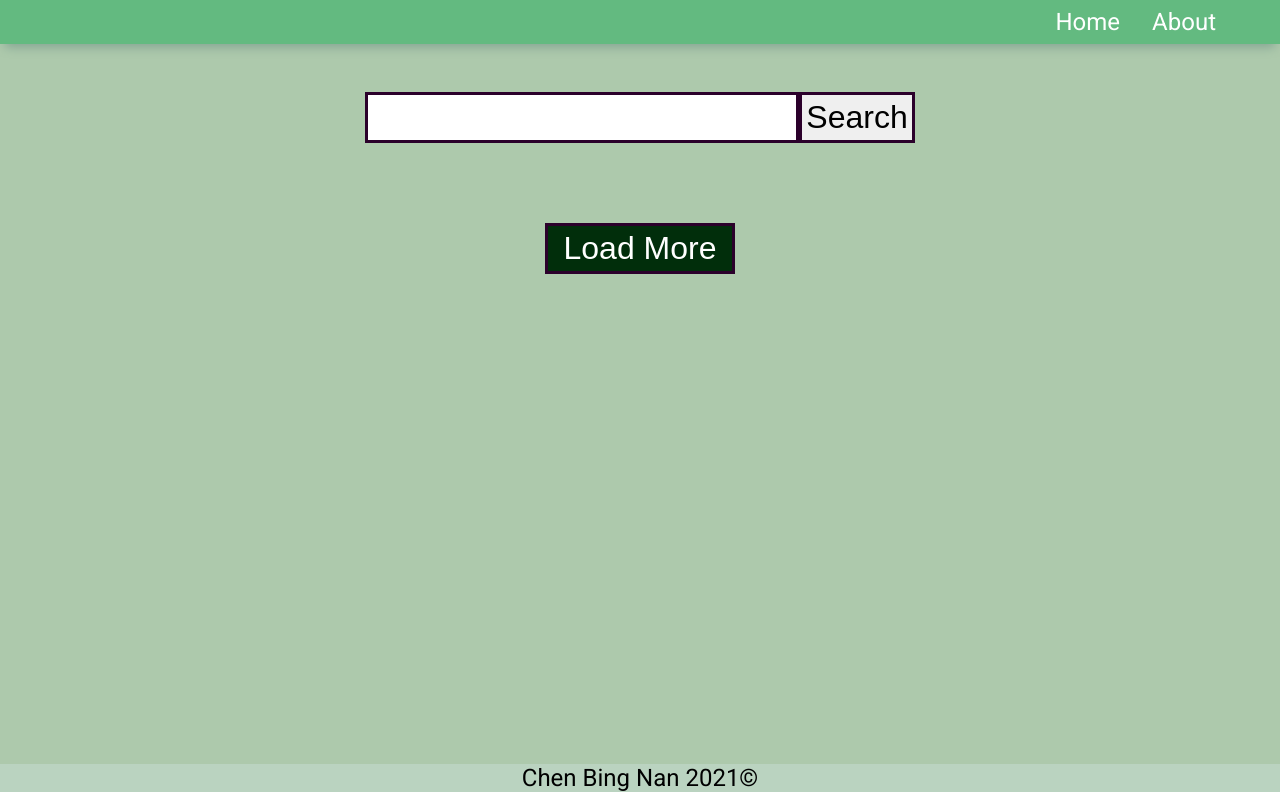
Repository: r1991108/pictureSearchProj
Page: /
The author's editor kept a copy of each file at every save. The page is drawn from the files as they stood at one save, then again after the next save.
The browser window is 1280 px wide. The pictures show the whole page.
The page's requests for data from a server got no answer. The project was rebuilt for these pictures with package versions that can differ from the ones it lists, and the page was loaded fresh each time. No one was signed in, and anything a server would have sent is missing. Also part of the build but not shown: src/components/Pictures.js, src/pages/About.js.

Above is the page before, as saved 2021-11-23 20:23:07.

### public/index.html
<!DOCTYPE html>
<html lang="en">

<head>
  <meta charset="utf-8" />
  <!-- <link rel="icon" href="%PUBLIC_URL%/favicon.ico" /> -->
  <meta name="viewport" content="width=device-width, initial-scale=1" />
  <link rel="preconnect" href="https://fonts.googleapis.com">
  <link rel="preconnect" href="https://fonts.gstatic.com" crossorigin>
  <link href="https://fonts.googleapis.com/css2?family=Roboto&display=swap" rel="stylesheet">
  <!-- <meta name="theme-color" content="#000000" /> -->
  <!-- <meta name="description" content="Web site created using create-react-app" /> -->
  <!-- <link rel="apple-touch-icon" href="%PUBLIC_URL%/logo192.png" /> -->
  <!--
      manifest.json provides metadata used when your web app is installed on a
      user's mobile device or desktop. See https://developers.google.com/web/fundamentals/web-app-manifest/
    -->
  <!-- <link rel="manifest" href="%PUBLIC_URL%/manifest.json" /> -->
  <!--
      Notice the use of %PUBLIC_URL% in the tags above.
      It will be replaced with the URL of the `public` folder during the build.
      Only files inside the `public` folder can be referenced from the HTML.

      Unlike "/favicon.ico" or "favicon.ico", "%PUBLIC_URL%/favicon.ico" will
      work correctly both with client-side routing and a non-root public URL.
      Learn how to configure a non-root public URL by running `npm run build`.
    -->
  <title>React App</title>
</head>

<body>
  <noscript>You need to enable JavaScript to run this app.</noscript>
  <div id="root"></div>
  <!--
      This HTML file is a template.
      If you open it directly in the browser, you will see an empty page.

      You can add webfonts, meta tags, or analytics to this file.
      The build step will place the bundled scripts into the <body> tag.

      To begin the development, run `npm start` or `yarn start`.
      To create a production bundle, use `npm run build` or `yarn build`.
    -->
</body>

</html>

### src/App.js
import React from "react";
import Nav from "./components/Nav";
import Footer from "./components/Footer";
import Homepage from "./pages/Homepage";
import About from "./pages/About";
import { Routes, Route } from "react-router";
import "./styles/style.css";

function App() {
  return (
    <div className="App">
      <Nav />
      <Routes>
        <Route path="/" element={<Homepage />} />
        <Route path="/about" element={<About />} />
      </Routes>

      <Footer />
    </div>
  );
}

export default App;

### src/components/Nav.js
import React from "react";
import { Link } from "react-router-dom";

const Nav = () => {
  return (
    <nav>
      <ul>
        <li>
          <Link to="/">Home</Link>
        </li>
        <li>
          {/* use Link to prevent page refreshing */}
          {/* <a href="/about">About</a> */}
          <Link to="/about">About</Link>
        </li>
      </ul>
    </nav>
  );
};

export default Nav;

### src/components/Footer.js
import React from "react";

const Footer = () => {
  return <div className="footer">Chen Bing Nan 2021©</div>;
};

export default Footer;

### src/pages/Homepage.js
import React, { useState, useEffect } from "react";
import Search from "../components/Search";
import Pictures from "../components/Pictures";

const Homepage = () => {
  const [input, setInput] = useState("");
  let [data, setData] = useState(null);
  let [page, setPage] = useState(1);
  let [currentSearch, setCurrentSearch] = useState("");
  const auth = "563492ad6f9170000100000182e90c4547de4c1a86e107ab2e3a4a91 ";
  const initialURL = "https://api.pexels.com/v1/curated?page=1&per_page=15";
  const searchURL = `https://api.pexels.com/v1/search?query=${currentSearch}&per_page=15&page=1`;

  // fetch data from pexels api
  const searchHandler = async (url) => {
    setPage(2);
    const dataFetch = await fetch(url, {
      method: "GET",
      headers: {
        Accept: "application/json",
        Authorization: auth,
      },
    });
    let parsedData = await dataFetch.json();
    setData(parsedData.photos);

    // console.log(data);
  };

  // load more picture
  const morepictureHandler = async () => {
    let newURL;
    if (input === "") {
      newURL = `https://api.pexels.com/v1/curated?page=${page}&per_page=15`;
    } else {
      newURL = `https://api.pexels.com/v1/search?query=${input}&per_page=15&page=${page}`;
    }
    setPage(page + 1);
    const dataFetch = await fetch(newURL, {
      method: "GET",
      headers: {
        Accept: "application/json",
        Authorization: auth,
      },
    });
    let parsedData = await dataFetch.json();
    setData(data.concat(parsedData.photos));
    // console.log(data);
  };

  // fetch data when the page loads up
  useEffect(() => {
    searchHandler(initialURL);
  }, []);

  useEffect(() => {
    if (currentSearch === "") {
      searchHandler(initialURL);
    } else {
      searchHandler(searchURL);
    }
  }, [currentSearch]);

  return (
    <div style={{ minHeight: "100vh" }}>
      <Search
        searchHandler={() => {
          setCurrentSearch(input);
        }}
        setInput={setInput}
      />

      <div className="pictures">
        {data &&
          data.map((d) => {
            return <Pictures data={d} />;
          })}
      </div>
      <div className="morePicture">
        <button onClick={morepictureHandler}>Load More</button>
      </div>
    </div>
  );
};

export default Homepage;

### src/styles/style.css
* {
  margin: 0;
  padding: 0;
  -webkit-box-sizing: border-box;
          box-sizing: border-box;
}

body {
  font-family: "Roboto", sans-serif;
  background-color: #adc9ac;
}

a {
  text-decoration: none;
  color: black;
}

ul {
  list-style-type: none;
}

.morePicture {
  display: -webkit-box;
  display: -ms-flexbox;
  display: flex;
  -webkit-box-pack: center;
      -ms-flex-pack: center;
          justify-content: center;
  -webkit-box-align: center;
      -ms-flex-align: center;
          align-items: center;
  padding: 2rem;
}

.morePicture button {
  padding: 0.25rem 1rem;
  font-size: 2rem;
  border: 3px solid #2b002b;
  background-color: #012e0b;
  cursor: pointer;
  color: white;
}

.morePicture button:hover {
  background-color: #26bc71;
}

.about {
  color: #150748;
  padding-left: 1rem;
}

.about ul {
  padding: 0.25rem 0;
}

.about ul li {
  padding: 0.25rem 0;
}

nav {
  background-color: #63ba80;
  position: -webkit-sticky;
  position: sticky;
  top: 0;
  z-index: 500;
  -webkit-box-shadow: 0 8px 10px -5px #83a492;
          box-shadow: 0 8px 10px -5px #83a492;
}

nav ul {
  display: -webkit-box;
  display: -ms-flexbox;
  display: flex;
  -webkit-box-pack: end;
      -ms-flex-pack: end;
          justify-content: flex-end;
  margin-right: 3rem;
}

nav ul li {
  padding: 0.5rem 1rem;
}

nav ul li a {
  font-size: 1.5rem;
  color: white;
}

.search {
  display: -webkit-box;
  display: -ms-flexbox;
  display: flex;
  -webkit-box-pack: center;
      -ms-flex-pack: center;
          justify-content: center;
  -webkit-box-align: center;
      -ms-flex-align: center;
          align-items: center;
  padding: 3rem 0rem;
}

.search input,
.search button {
  font-size: 2rem;
  padding: 0.25rem;
  border: 3px solid #2b002b;
}

.search button {
  background-color: #044323;
  color: white;
  cursor: pointer;
}

.search button:hover {
  background-color: #26bc71;
}

@media screen and (max-width: 428px) {
  .search {
    padding-top: 1rem;
    padding-bottom: 0rem;
  }
  .search input,
  .search button {
    font-size: 1.5rem;
    padding: 0.25rem;
    border: 2px solid #2b002b;
  }
}

.footer {
  display: -webkit-box;
  display: -ms-flexbox;
  display: flex;
  -webkit-box-pack: center;
      -ms-flex-pack: center;
          justify-content: center;
  -webkit-box-align: center;
      -ms-flex-align: center;
          align-items: center;
  font-size: 1.5rem;
  background-color: #bad3c0;
}

.pictures {
  display: -webkit-box;
  display: -ms-flexbox;
  display: flex;
  -ms-flex-wrap: wrap;
      flex-wrap: wrap;
  -webkit-box-pack: center;
      -ms-flex-pack: center;
          justify-content: center;
  -webkit-box-align: center;
      -ms-flex-align: center;
          align-items: center;
}

.pictures .picture {
  padding: 1rem;
  width: 400px;
}

.pictures .picture .imageContainer {
  overflow: hidden;
  height: 40vh;
}

.pictures .picture .imageContainer img {
  width: 100%;
  height: 100%;
  -o-object-fit: cover;
     object-fit: cover;
  -webkit-transition: all 0.3s ease;
  transition: all 0.3s ease;
}

.pictures .picture .imageContainer img:hover {
  -webkit-transform: scale(1.25);
          transform: scale(1.25);
  cursor: pointer;
}

@media screen and (max-width: 428px) {
  .morePicture {
    padding: 1rem;
  }
  .morePicture button {
    padding: 0rem 1rem;
    font-size: 2rem;
    border: 2px solid #2b002b;
  }
}
/*# sourceMappingURL=style.css.map */

### src/components/Search.js
import React from "react";

const Search = ({ searchHandler, setInput }) => {
  const inputHandler = (e) => {
    // console.log(e.target.value);
    setInput(e.target.value);
  };

  return (
    <div className="search">
      <input onChange={inputHandler} type="text" id="name" />
      <input type="submit" value="Search" onClick={searchHandler} />
      {/* <button onClick={searchHandler}>Search</button> */}
    </div>
  );
};

export default Search;

Loaded but not shown: src/index.js (common file)

After the next save:
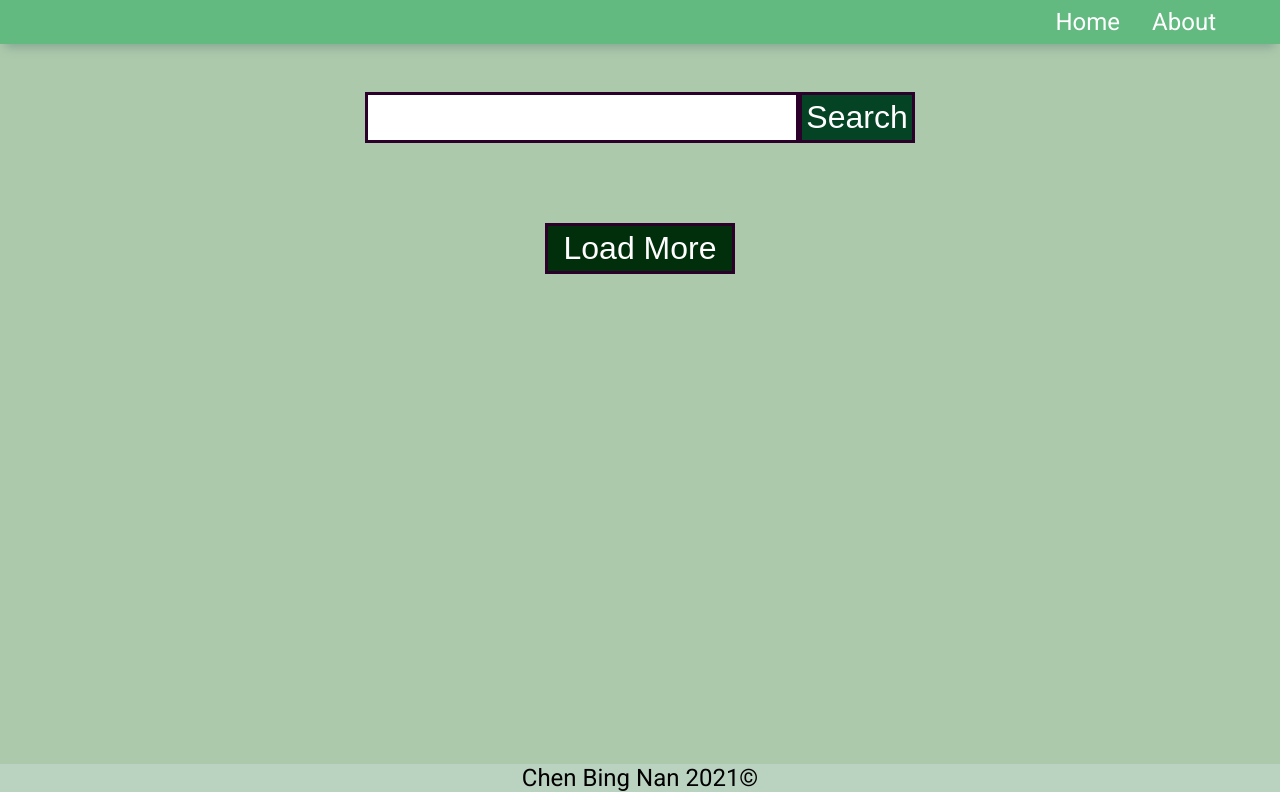
Saved 73 s later.
--- a/src/components/Search.js
+++ b/src/components/Search.js
@@ -9,8 +9,8 @@ const Search = ({ searchHandler, setInput }) => {
   return (
     <div className="search">
       <input onChange={inputHandler} type="text" id="name" />
-      <input type="submit" value="Search" onClick={searchHandler} />
-      {/* <button onClick={searchHandler}>Search</button> */}
+
+      <button onClick={searchHandler}>Search</button>
     </div>
   );
 };
